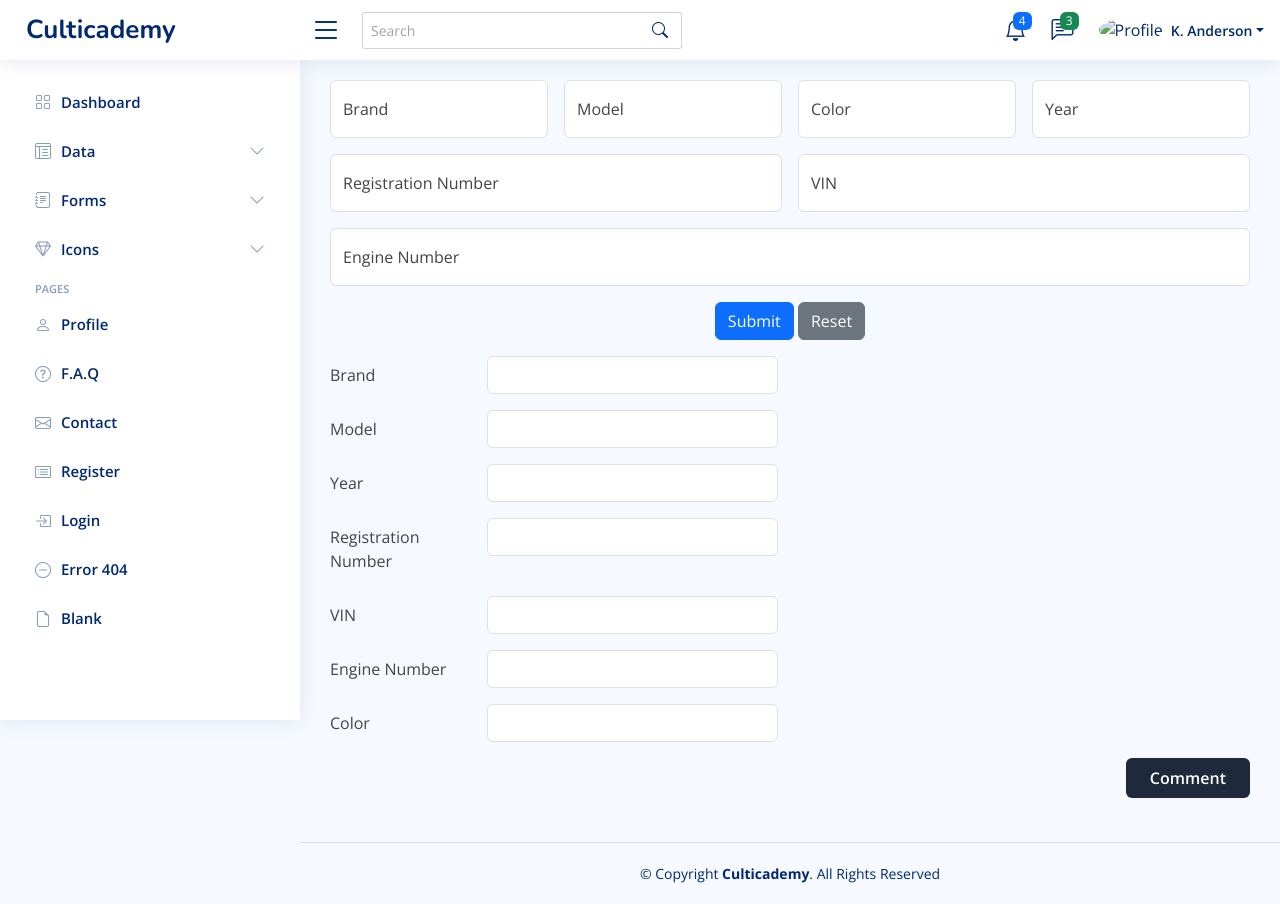
Repository: Jistoper/car_rental
Page: http://localhost/create
The author's editor kept a copy of each file at every save. The page is drawn from the files as they stood at one save, then again after the next save.
The browser window is 1280 px wide. The pictures show the whole page.
The page is served by the project's Laravel application, run on PHP 8.4 with Laravel 9. Style sheets and scripts are compiled from the project's sources, by tool versions that may differ from the author's.

Above is the page before, as saved 2023-06-22 14:36:32.

After the next save:
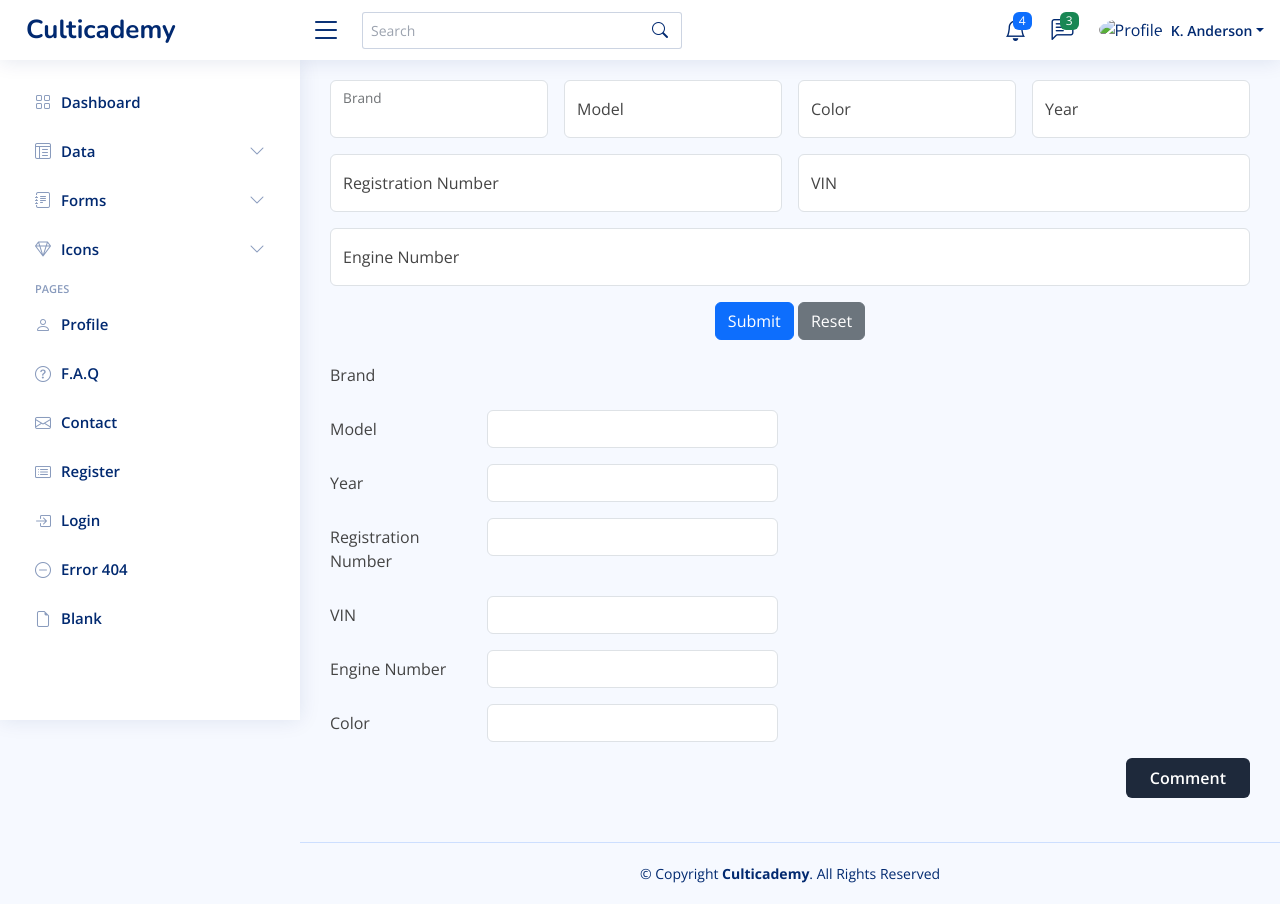
Saved 30 s later.
--- a/resources/views/backsite/content/car/createcar.blade.php
+++ b/resources/views/backsite/content/car/createcar.blade.php
@@ -6,8 +6,8 @@
     <form class="row g-3">
         <div class="col-md-3">
             <div class="form-floating">
-                <input type="email" class="form-control" id="floatingEmail" placeholder="Your Email">
-                <label for="floatingEmail">Brand</label>
+                <input type="text" name="brand" id="brand" class="form-control @error('brand') border-red-500 @enderror" value="{{ old('brand') }}">
+                <label for="brand">Brand</label>
             </div>
         </div>
         <div class="col-md-3">
@@ -58,7 +58,7 @@
         <div class="row mb-3">
             <label for="inputText" class="col-sm-2 col-form-label">Brand</label>
             <div class="col-sm-4">
-                <input type="text" name="brand" id="brand" class="form-control @error('brand') border-red-500 @enderror" value="{{ old('brand') }}">
+
             </div>
         </div>
         <div class="row mb-3">
